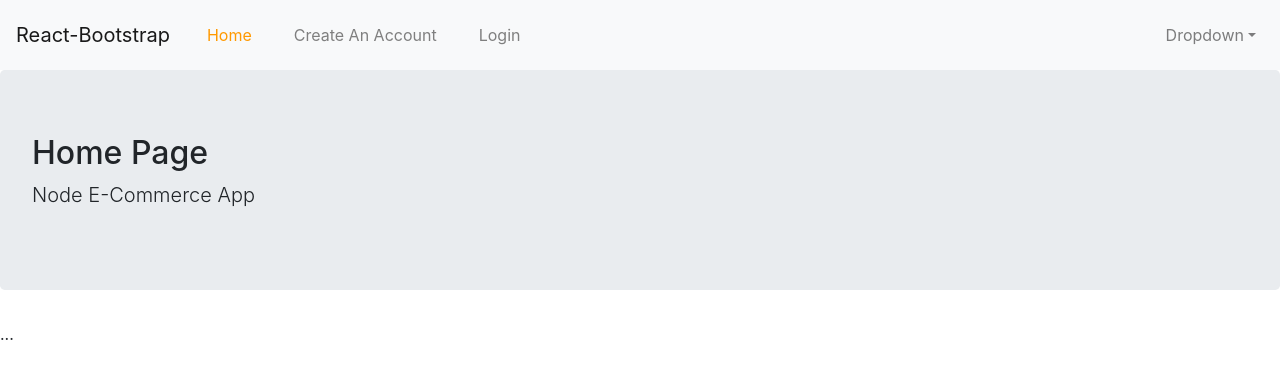
Repository: Awhit-commits/ecommerce_app_medium
Page: / (app in client/)
The author's editor kept a copy of each file at every save. The page is drawn from the files as they stood at one save, then again after a run of saves.
The browser window is 1280 px wide. The pictures show the whole page.
The project was rebuilt for these pictures with package versions that can differ from the ones it lists, and the page was loaded fresh each time. Also part of the build but not shown: client/src/App.css, client/src/component/Auth/Login/LoginForm.jsx, client/src/component/Auth/Sign Up/SignUpForm.jsx, client/src/component/Dashboard/UserDashboard.jsx, client/src/component/Auth/Private Route/PrivateRoute.jsx.

Above is the page before, as saved 2020-12-01 21:33:28.

### client/src/App.js
import React from 'react';
import logo from './logo.svg';
import './App.css';

import 'bootstrap/dist/css/bootstrap.min.css';
import AppContainer from './component/AppContainer';


function App() {
  return (
    <div className="">
     <AppContainer/>
    </div>
  );
}


export default App;

### client/src/component/AppContainer.jsx
import React from 'react'
import { BrowserRouter as Router,Switch,Route } from 'react-router-dom'
// import Login from './Auth/Login/Login'
import LoginForm from './Auth/Login/LoginForm'
// import Signup from './Auth/Sign Up/Signup'
import SignUpForm from './Auth/Sign Up/SignUpForm'
import Home from './Core/Home'
import NavBar from './NavBar/NavBar'
import UserDashboard from './Dashboard/UserDashboard'
import PrivateRoute from './Auth/Private Route/PrivateRoute'


export default function AppContainer() {

    return (
        <div>

            <Router>
                <NavBar/>
                <Switch>

            <Route path = "/" exact component = {Home}></Route>
            <Route path = "/signup"><SignUpForm/></Route>
            <Route path = "/login"><LoginForm/></Route>
            <PrivateRoute path="/dashboard"  exact component = {UserDashboard}/>
            </Switch>



    </Router>

        </div>
    )
}

### client/src/component/Core/Home.jsx
import React from 'react'
import Layout from './Layout'

const Home= () =>(

    <Layout title = "Home Page" description = "Node E-Commerce App">... </Layout>
)
export default Home

### client/src/component/NavBar/NavBar.jsx
import React, { Fragment } from "react";
import { Link, withRouter } from "react-router-dom";
import Navbar from "react-bootstrap/Navbar";
import Nav from "react-bootstrap/Nav";
import NavDropdown from "react-bootstrap/NavDropdown";
import Signup from "../Auth/Sign Up/Signup";
import Login from "../Auth/Login/Login";
import Button from "react-bootstrap/esm/Button";

import { signOut, isAuthenicated } from "../Auth/index";
import UserDashboard from "../Dashboard/UserDashboard";

const isActive = (history, path) => {
  if (history.location.pathname === path) {
    return { color: "#ff9900" };
  } else {
    return { color: "#7F7F7F" };
  }
};
const {user} = isAuthenicated();

const Menu = ({ history }) => (
  //   <Navbar bg="light" expand="lg">
  // <Navbar.Brand href="/">React-Bootstrap</Navbar.Brand>
  // <Navbar.Toggle aria-controls="basic-navbar-nav" />
  // <Navbar.Collapse id="basic-navbar-nav">
  //   <Nav className="mr-auto">
  //     <Nav.Link href="/"><Button style = {isActive(history,"/")} variant = "">Home</Button></Nav.Link>
  //     {!isAuthenicated() && <Fragment> <Nav.Item><Nav.Link href="#" ><Button  style = {isActive(history,"/signup")} variant = ""><Signup /></Button></Nav.Link></Nav.Item>
  //    <Nav.Item> <Nav.Link href="#"><Button  style = {isActive(history,"/login")} variant = ""><Login /></Button></Nav.Link></Nav.Item>
  //    </Fragment>}

  //     {isAuthenicated() && (<Fragment><Nav.Item> <Nav.Link href="#" ><Button style = {isActive(history,"/signout")} variant ="" onClick = {()=>signOut(()=>{history.push("/")})}>Signout</Button></Nav.Link></Nav.Item>
  //     <Nav.Item><Nav.Link href = "/dashboard"><Button style = {isActive(history,"/dashboard")} variant ="">Dashboard</Button></Nav.Link></Nav.Item></Fragment>
  //     )}

  //   </Nav>
  //   </Navbar.Collapse>
  //   </Navbar>

  <Navbar bg="light" expand="lg">
    <Navbar.Brand href="#home">React-Bootstrap</Navbar.Brand>
    <Navbar.Toggle aria-controls="basic-navbar-nav" />
    <Navbar.Collapse id="basic-navbar-nav">
      <Nav className="mr-auto">
        <Nav.Link href="/">
          <Button style={isActive(history, "/")} variant="">
            Home
          </Button>
        </Nav.Link>
        {!isAuthenicated() && (
          <Fragment>
            {" "}
            <Nav.Item>
              <Nav.Link href="#">
                <Button style={isActive(history, "/signup")} variant="">
                  <Signup />
                </Button>
              </Nav.Link>
            </Nav.Item>
            <Nav.Item>
              {" "}
              <Nav.Link href="#">
                <Button style={isActive(history, "/login")} variant="">
                  <Login />
                </Button>
              </Nav.Link>
            </Nav.Item>
          </Fragment>
        )}

        {isAuthenicated() && (
          <Fragment>
            <Nav.Item>
              {" "}
              <Nav.Link href="#">
                <Button
                  style={isActive(history, "/signout")}
                  variant=""
                  onClick={() =>
                    signOut(() => {
                      history.push("/");
                    })
                  }
                >
                  Signout
                </Button>
              </Nav.Link>
            </Nav.Item>
            <Nav.Item>
              <Nav.Link href="/dashboard">
                <Button style={isActive(history, "/dashboard")} variant="">
                  Dashboard
                </Button>
              </Nav.Link>
            </Nav.Item>
          </Fragment>
        )}
      </Nav>
      <Nav>
        <NavDropdown title="Dropdown" id="basic-nav-dropdown" className = "mr-auto">
          <NavDropdown.Item href="#action/3.1">Action</NavDropdown.Item>
          <NavDropdown.Item href="#action/3.2">Another action</NavDropdown.Item>
          <NavDropdown.Item href="#action/3.3">Something</NavDropdown.Item>
          <NavDropdown.Divider />
          <NavDropdown.Item href="#action/3.4">Separated link</NavDropdown.Item>
        </NavDropdown>
      </Nav>
    </Navbar.Collapse>
  </Navbar>
);
export default withRouter(Menu);

### client/src/component/Core/Layout.jsx
import React from 'react'
import Jumbotron from 'react-bootstrap/Jumbotron'

const Layout  = ({title = "Title",
description = "Description",
className,children} )=>(
    <div>
        <Jumbotron>
            <h2>{title}</h2>
            <p className = "lead"> {description}</p>
        </Jumbotron>
        <div className = {className}> {children}</div>
    </div>

)

export default Layout

### client/src/component/Auth/index.js


 export const authenticate = (data,next)=>
 {
     if(typeof window !=='undefined'){
         localStorage.setItem('jwt',JSON.stringify(data))
         next()
     }
 }

 export const signOut = async (next)=>{
     if(typeof window !== 'undefined'){
         localStorage.removeItem('jwt')
         next()
         let response = await fetch('/api/signout')
         let json = await response.json()
         console.log(json)

     }
 }

 export const isAuthenicated = ()=>{
     if (typeof window =='undefined'){
         return false
     }
     if (localStorage.getItem('jwt')){
         return JSON.parse(localStorage.getItem('jwt'))
     }
     else{
         return false
     }
 }

### client/src/component/Auth/Sign Up/Signup.jsx
import React, { useState } from "react";
import { Link } from "react-router-dom";

import Button from "react-bootstrap/Button";
import Modal from "react-bootstrap/Modal";
import Form from "react-bootstrap/Form";
import Alert from "react-bootstrap/Alert";
import Login from "../Login/Login";

function Signup() {
  const [show, setShow] = useState(false);
  // const [name, setName] = useState("");
  // const [email, setEmail] = useState("");
  // const [password, setPassword] = useState("");
  const [values, setValues] = useState({
    name: "",
    email: "",
    password: "",
    error: "",
    success: false,
  });
  const { name, email, password, success, error } = values;

  const handleClose = () => setShow(false);
  const handleShow = () => setShow(true);

  const handleChange = (name) => (event) => {
    setValues({ ...values, error: false, [name]: event.target.value });
  };
  const handleSubmission = async (event) => {
    event.preventDefault();
    let accountInfo = {
      name,
      email,
      password,
    };
    let response = await fetch("/api/signup", {
      method: "Post",
      headers: {
        Accept: "application/json",
        "Content-Type": "application/json",
      },
      body: JSON.stringify(accountInfo),
    });
    let json = await response.json();
    if (json.error) {
      console.log(json.error);
      setValues({ ...values, error: json.error, success: false });
    } else {
      setValues({
        ...values,
        name: "",
        email: "",
        passowrd: "",
        error: "",
        success: true,
      });
    }
  };
  const showError = () => (
    <Alert variant="danger" style={{ display: error ? "" : "none" }}>
      <p>{error}</p>
    </Alert>
  );
  const showSuccess = () => (
    <Alert variant="info" style={{ display: success ? "" : "none" }}>
      <p>
        New account was created. Please{" "}
        <Link>
          <Login />
        </Link>
        .
      </p>
    </Alert>
  );

  return (
    <>
      <span onClick={handleShow}>Create An Account</span>

      <Modal show={show} onHide={handleClose}>
        <Modal.Header closeButton>
          <Modal.Title>Create An Account</Modal.Title>
        </Modal.Header>
        <Modal.Body>
          {showError()}
          {showSuccess()}
          <Form>
            <Form.Group>
              <Form.Label>Name</Form.Label>
              <Form.Control
                type="text"
                placeholder="Your Name"
                onChange={handleChange("name")}
                value={name}
              />
            </Form.Group>
            <Form.Group controlId="formBasicEmail">
              <Form.Label>Email Address</Form.Label>
              <Form.Control
                type="email"
                placeholder="Email"
                onChange={handleChange("email")}
                value={email}
              />
            </Form.Group>
            <Form.Group controlId="formBasicPassword">
              <Form.Label>Password</Form.Label>
              <Form.Control
                type="password"
                placeholder="Password"
                onChange={handleChange("password")}
                value={password}
              />
              <Form.Text id="passwordHelpBlock" muted>
                Your password must be 6-32 characters long, contain letters and
                numbers, and must not contain spaces, special characters, or
                emoji.
              </Form.Text>
              <Form.Text className="" style={{ textAlign: "center" }}>
                Already have an account?{" "}
                <Link to="/login" onClick={handleClose}>
                  Click Here!
                </Link>
              </Form.Text>
            </Form.Group>
          </Form>
        </Modal.Body>
        <Modal.Footer>
          <Button variant="secondary" onClick={handleClose}>
            Close
          </Button>
          <Button variant="primary" onClick={(handleClose, handleSubmission)}>
            Submit
          </Button>
        </Modal.Footer>
      </Modal>
    </>
  );
}
export default Signup;

### client/src/component/Auth/Login/Login.jsx
import React, { useState } from "react";
import Button from "react-bootstrap/Button";
import Modal from "react-bootstrap/Modal";
import Form from "react-bootstrap/Form"
import Alert from "react-bootstrap/Alert"
import { Link,Redirect } from 'react-router-dom'
import{authenticate as authenticate,isAuthenicated} from '../index'

function Login() {
  const [show, setShow] = useState(false);
  const [values, setValues] = useState({email:"",password:"",error:"",loading:false,redirectToReferrer:false})

  const handleClose = () => setShow(false);
  const handleShow = () => setShow(true);
  const {email,password,error,loading,redirectToReferrer} = values

  const handleChange = (name) => (event) => {
    setValues({ ...values, error: false, [name]: event.target.value });
  };

  const {user} = isAuthenicated();

  const handleLogin = async (event)=>{
     let loginInfo = {
          email:email,
          password:password
      }
      event.preventDefault();
       let response =  await fetch("/api/login",{
           method:"Post",
           headers:{
               "Accept":"application/json",
               "Content-Type":"application/json"
           },
           body:JSON.stringify(loginInfo)
       })
      let json = await response.json();
      console.log(json);
      setValues({...values,error:false,loading:true})
      if(json.error){
        setValues({...values,error:json.error,loading:false,redirectToReferrer:false})
    }
    else{
      authenticate(json,()=>{
        setValues ({...values,redirectToReferrer:true})
      })

        handleClose()
    }
  }
  const showError = () => (
    <Alert variant="danger" style={{ display: error ? "" : "none" }}>
      <p>{error}</p>
    </Alert>
  );
const showLoading  = ()=>(
  loading && (<Alert variant ="info"><h2>Loading...</h2></Alert>)
)

const redirectUser = ()=>{
  if(redirectToReferrer){
    if(user && user.role ===1){
      return (<Redirect to = "/admin/dashboard"/>)
    }
    else{
      return ( <Redirect to = "/dashboard"/>)
    }


  }
}
  return (
    <>
       <span onClick={handleShow}>
        Login</span>


      <Modal show={show} onHide={handleClose}>
        <Modal.Header closeButton>
          <Modal.Title>Login</Modal.Title>
        </Modal.Header>
        <Modal.Body>

            <Form>
            {redirectUser()}
          {showLoading()}
              {showError()}
                <Form.Group controlId = "formBasicEmail" >
                    <Form.Label>
                        Email Address
                    </Form.Label>
                    <Form.Control  onChange =  {handleChange('email')} value = {email} type = "email" placeholder = "Enter email"/>




                </Form.Group>
            <Form.Group controlId= "formBasicPassword" >
                    <Form.Label>
                        Password
                    </Form.Label>
                    <Form.Control type = "password" placeholder = "Password" onChange = {handleChange('password')} value = {password}/>
                    <Form.Text className="" style={{ textAlign: "center" }}>
                Need to create an account?{" "}
                <Link to="/signup" onClick={handleClose}>
                  Click Here!
                </Link>
              </Form.Text>
                </Form.Group>
            </Form>
        </Modal.Body>
        <Modal.Footer>
          <Button variant="secondary" onClick={handleClose}>
            Close
          </Button>
          <Button variant="primary" onClick={handleLogin}>
            Submit
          </Button>
        </Modal.Footer>
      </Modal>
    </>
  );
}
export default Login;

Loaded but not shown: client/public/index.html (common file); client/src/index.js (common file); client/src/index.css (common file); client/src/serviceWorker.js (common file)

After the next 2 saves:
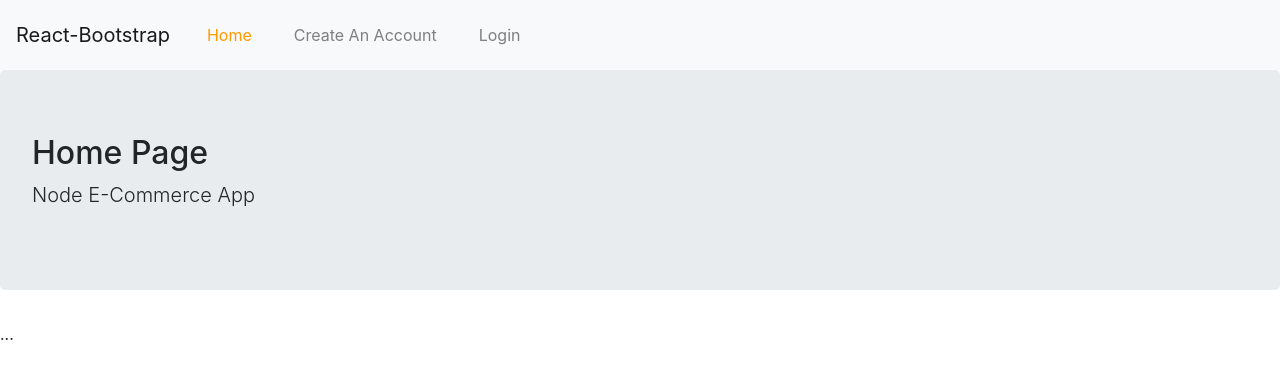
The 2 saves are shown as one change because they came seconds apart.
The last was saved 3 min 23 s later.
--- a/client/src/component/NavBar/NavBar.jsx
+++ b/client/src/component/NavBar/NavBar.jsx
@@ -98,7 +98,7 @@
         )}
       </Nav>
       <Nav>
-        <NavDropdown title="Dropdown" id="basic-nav-dropdown" className = "mr-auto">
+        <NavDropdown title="Dropdown" id="basic-nav-dropdown" className = "dropdown-menu">
           <NavDropdown.Item href="#action/3.1">Action</NavDropdown.Item>
           <NavDropdown.Item href="#action/3.2">Another action</NavDropdown.Item>
           <NavDropdown.Item href="#action/3.3">Something</NavDropdown.Item>

After the save that followed:
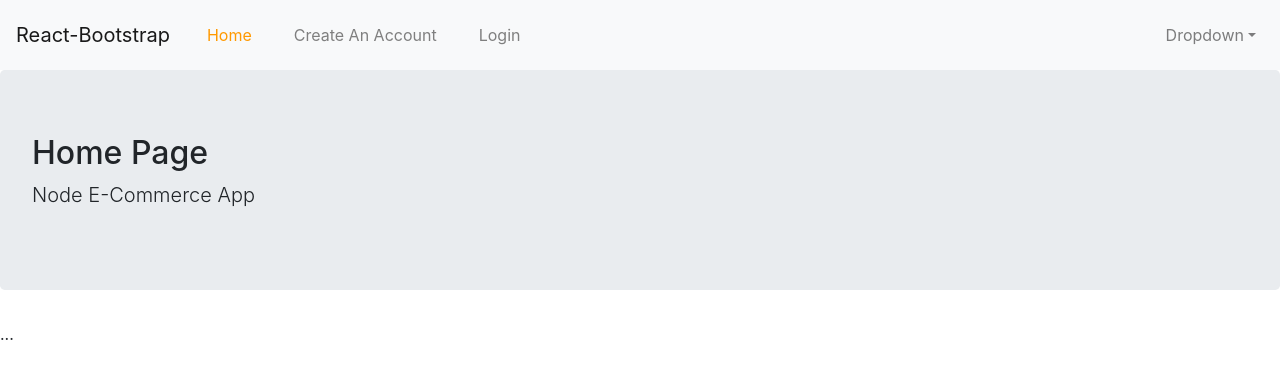
Saved 9 s later.
--- a/client/src/component/NavBar/NavBar.jsx
+++ b/client/src/component/NavBar/NavBar.jsx
@@ -98,7 +98,7 @@
         )}
       </Nav>
       <Nav>
-        <NavDropdown title="Dropdown" id="basic-nav-dropdown" className = "dropdown-menu">
+        <NavDropdown title="Dropdown" id="basic-nav-dropdown" className = "dropdown-menu-right">
           <NavDropdown.Item href="#action/3.1">Action</NavDropdown.Item>
           <NavDropdown.Item href="#action/3.2">Another action</NavDropdown.Item>
           <NavDropdown.Item href="#action/3.3">Something</NavDropdown.Item>
